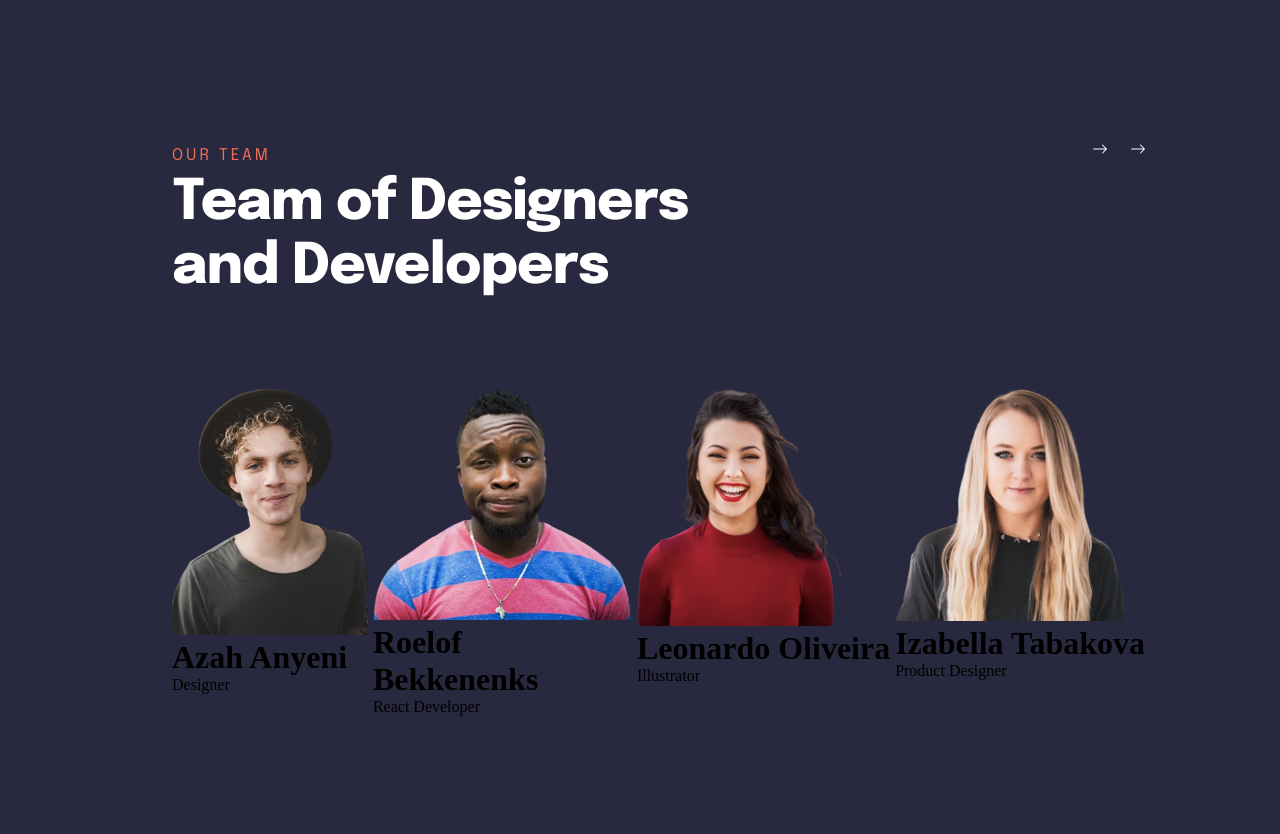
Repository: AytacJafarova/web-site
Page: index.html
The author's editor kept a copy of each file at every save. The page is drawn from the files as they stood at one save, then again after the next save.
The browser window is 1280 px wide. The pictures show the whole page.

Above is the page before, as saved 2023-08-15 14:45:03.

After the next save:
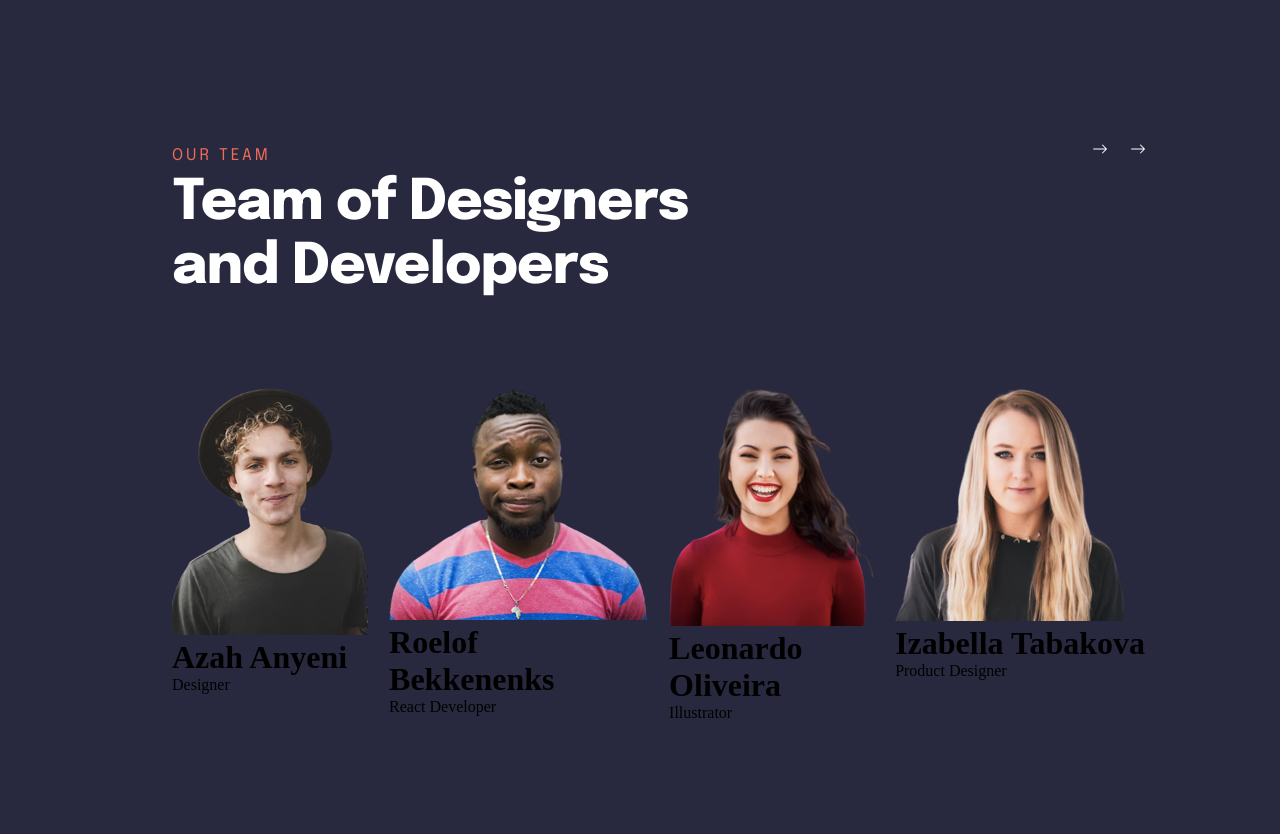
Saved 10 s later.
--- a/index.css
+++ b/index.css
@@ -63,7 +63,7 @@
   border-radius: 6px;
   border: 1px solid #3a3c56;
 }
-.developers ul li .img3 img {
+.developers ul li:nth-child(3) {
   width: 205px;
   height: 238px;
 
